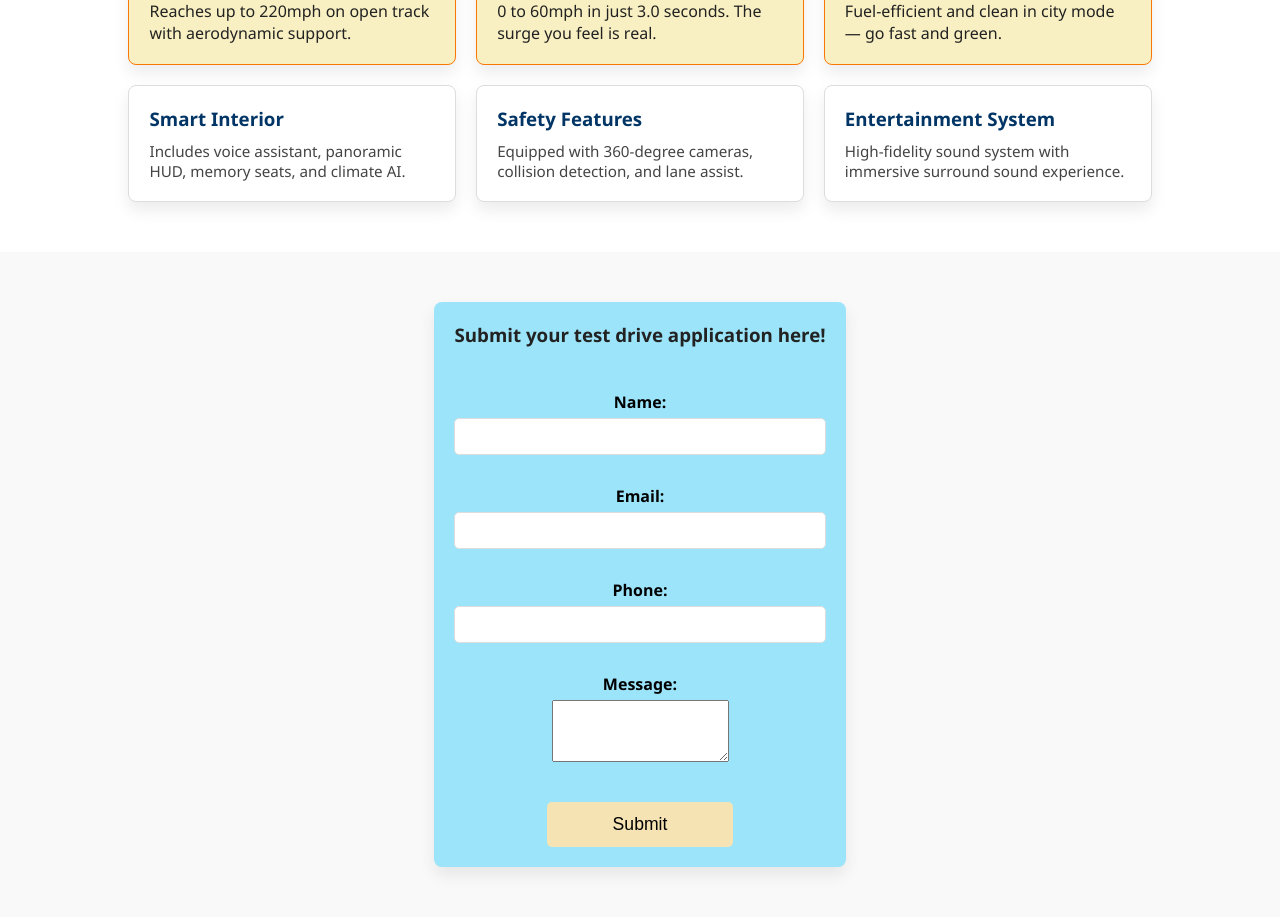
Repository: JiaheSu22/vrooom-responsive-main
Page: index.html
An editor plug-in stored every save of this project. The page is shown before and after the next save, followed by the edit.
The browser window is 1280 px wide. The pictures show the part of the page from y = 816 to 1768 px (the page is 1733 px tall before and 1768 px after).
A picture or video elsewhere on the page could not be fetched, so the positions and the page height are approximate.

Above is the page before, as saved 2025-04-11 15:11:18.

### index.html
<!DOCTYPE html>
<html lang="en">

<head>
  <meta charset="UTF-8">
  <title>Vrooom — Barracuda X10</title>
  <style>
    * {
      box-sizing: border-box;
      margin: 0;
      padding: 0;
    }

    body {
      font-family: 'Segoe UI', sans-serif;
      background-color: #f9f9f9;
      color: #222;
    }

    /* HERO SECTION */
    .hero {
      position: relative;
      height: 100vh;
      width: 100%;
      background-image: url('assets/mercedes-vision-avtr.webp');
      background-repeat: no-repeat;
      background-size: cover;
      background-position: center;
      overflow: hidden;
    }

    /* Optional dark overlay for unifying text+video contrast */
    .hero::before {
      content: "";
      position: absolute;
      inset: 0;
      background: linear-gradient(to right, rgba(0, 0, 0, 0.7), rgba(0, 0, 0, 0.1));
      z-index: 0;
    }

    /* Logo - slightly rotated, floating */
    .hero-logo {
      position: absolute;
      left: 2px;
      width: 30%;
      transform: rotate(-8deg);
      z-index: 0;
    }

    .hero-logo img {
      width: 100%;
    }

    /* Rotated text box */
    .hero-text {
      position: absolute;
      bottom: 3%;
      left: 5%;
      background: rgba(255, 255, 255, 0.1);
      padding: 30px;
      border-left: 6px solid #f6e3b4;
      border-radius: 10px;
      backdrop-filter: blur(1px);
      z-index: 0;

    }

    .hero-text h1 {
      font-size: 3em;
      color: #a0fcf7;
      margin-bottom: 10px;
    }

    .hero-text p {
      font-size: 1.2em;
      color: #fff;
    }

    /* Tilted video box */
    .hero-video {
      position: absolute;
      top: auto;
      bottom: 20px;
      right: 20px;
      box-shadow: 0 10px 20px rgba(0, 0, 0, 0.6);
      z-index: 0;
      border-radius: 5px;
      overflow: hidden;
      transition: transform 0.3s ease;
    }

    .hero-video:hover {
      transform: scale(1.3);
    }

    .hero-video video {
      width: 100%;
      display: block;
      border-radius: 2px;
    }

    /* CARD SECTION */
    .card-section {
      display: flex;
      flex-wrap: wrap;
      justify-content: center;
      gap: 20px;
      padding: 50px 10%;
      background-color: #ffffff;
    }

    .top-card {
      background: rgb(248, 240, 194);
      border: 1px solid #f97705;
      border-radius: 8px;
      box-shadow: 0 8px 16px rgba(0, 0, 0, 0.08);
      padding: 20px;
      width: 32%;
      transition: transform 0.3s ease;
    }

    .card {
      background: white;
      border: 1px solid #ddd;
      border-radius: 8px;
      box-shadow: 0 8px 16px rgba(0, 0, 0, 0.08);
      width: 32%;
      padding: 20px;
      transition: transform 0.3s ease;
    }

    .top-card:hover {
      transform: translateY(10px);
      box-shadow: 0 12px 24px rgba(101, 247, 205, 0.1);
    }

    .card:hover {
      transform: translateY(-5px);
      box-shadow: 0 12px 24px rgba(0, 0, 0, 0.1);
    }

    .card h3 {
      margin-bottom: 10px;
      color: #003566;
    }

    .card p {
      font-size: 0.95em;
      color: #444;
    }

    .form-section {
      display: flex;
      flex-direction: column;
      background: #f9f9f9;
      padding: 50px 10%;
      text-align: center;
    }

    .form-section form {
      display: flex;
      flex-direction: column;
      background: rgb(155, 228, 250);
      border-radius: 8px;
      box-shadow: 0 8px 16px rgba(0, 0, 0, 0.08);
      padding: 20px;
      margin: auto;
    }

    .form-section label {
      display: block;
      font-weight: bold;
      margin-bottom: 5px;
      color: #000000;
    }

    .form-section input {
      width: 100%;
      padding: 10px;
      border: 1px solid #ddd;
      border-radius: 5px;
      margin-bottom: 15px;
    }

    .form-section .form {
      margin-bottom: 15px;
    }

    .form-section button {
      margin: auto;
      background: #f6e3b4;
      color: #000000;
      border: none;
      padding: 12px 25px;
      border-radius: 5px;
      cursor: pointer;
      font-size: 1.1em;
      width: 50%;
      margin-top: 20px;
      transition: background 0.3s ease;
    }

    .form-section button:hover {
      background: #f97705;
      color: #fff;
    }


    /* Responsive Adjustments */
    @media (max-width: 768px) {
      .hero-text {
        position: static;
        margin: 20px auto;
        background: rgba(0, 0, 0, 0.7);
        text-align: center;
      }

      .hero-video {
        position: static;
        width: 90%;
        margin: 20px auto;
      }

      .card-section {

        align-items: center;
        padding: 30px 5%;
      }
    }
  </style>
</head>

<body>

  <!-- HERO SECTION -->
  <section class="hero">

    <!-- Logo -->
    <div class="hero-logo">
      <img src="assets/logo-enh.png" alt="Vrooom Logo">
    </div>

    <!-- Text -->
    <div class="hero-text">
      <h1>Mercedes Vision AVTR</h1>
      <p>A marriage between art and science.</p>
    </div>

    <!-- Video -->
    <div class="hero-video">
      <video autoplay loop muted>
        <source src="assets/avtr-demo.mp4" type="video/mp4">
        Your browser does not support the video tag.
      </video>
    </div>

  </section>

  <!-- CARD SECTION -->
  <section class="card-section">
    <div class="top-card">
      <h3>Top Speed</h3>
      <p>Reaches up to 220mph on open track with aerodynamic support.</p>
    </div>
    <div class="top-card">
      <h3>Acceleration</h3>
      <p>0 to 60mph in just 3.0 seconds. The surge you feel is real.</p>
    </div>
    <div class="top-card">
      <h3>Eco Mode</h3>
      <p>Fuel-efficient and clean in city mode — go fast and green.</p>
    </div>
    <div class="card">
      <h3>Smart Interior</h3>
      <p>Includes voice assistant, panoramic HUD, memory seats, and climate AI.</p>
    </div>
    <div class="card">
      <h3>Safety Features</h3>
      <p>Equipped with 360-degree cameras, collision detection, and lane assist.</p>
    </div>
    <div class="card">
      <h3>Entertainment System</h3>
      <p>High-fidelity sound system with immersive surround sound experience.</p>
    </div>
  </section>

  <section class="form-section">
    <form action="">
      <h3>Submit your test drive application here!</h3> <br><br>
      <div class="form">
        <label for="name">Name:</label>
        <input type="text" id="name" name="name" required>
      </div>
      <div class="form">
        <label for="email">Email:</label>
        <input type="email" id="email" name="email" required>
      </div>
      <div class="form">
        <label for="phone">Phone:</label>
        <input type="tel" id="phone" name="phone" required>
      </div>
      <div class="form">
        <label for="message">Message:</label>
        <textarea id="message" name="message" rows="4" required></textarea>
      </div>
      <button type="submit">Submit</button>
    </form>
  </section>
</body>

</html>

After the next save:
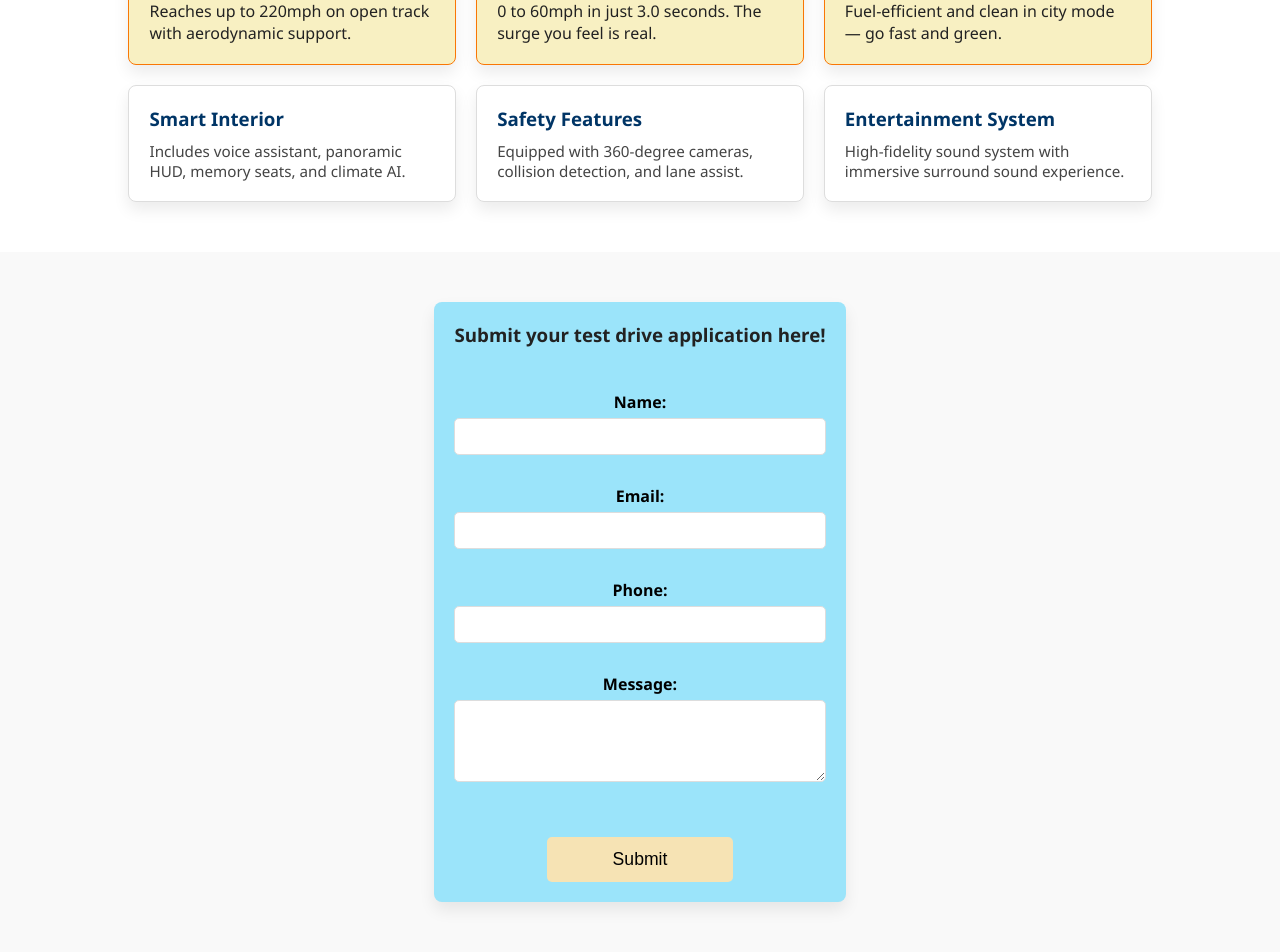
Saved 31 s later.
--- a/index.html
+++ b/index.html
@@ -174,7 +174,8 @@
       color: #000000;
     }
 
-    .form-section input {
+    .form-section input,
+    textarea {
       width: 100%;
       padding: 10px;
       border: 1px solid #ddd;
